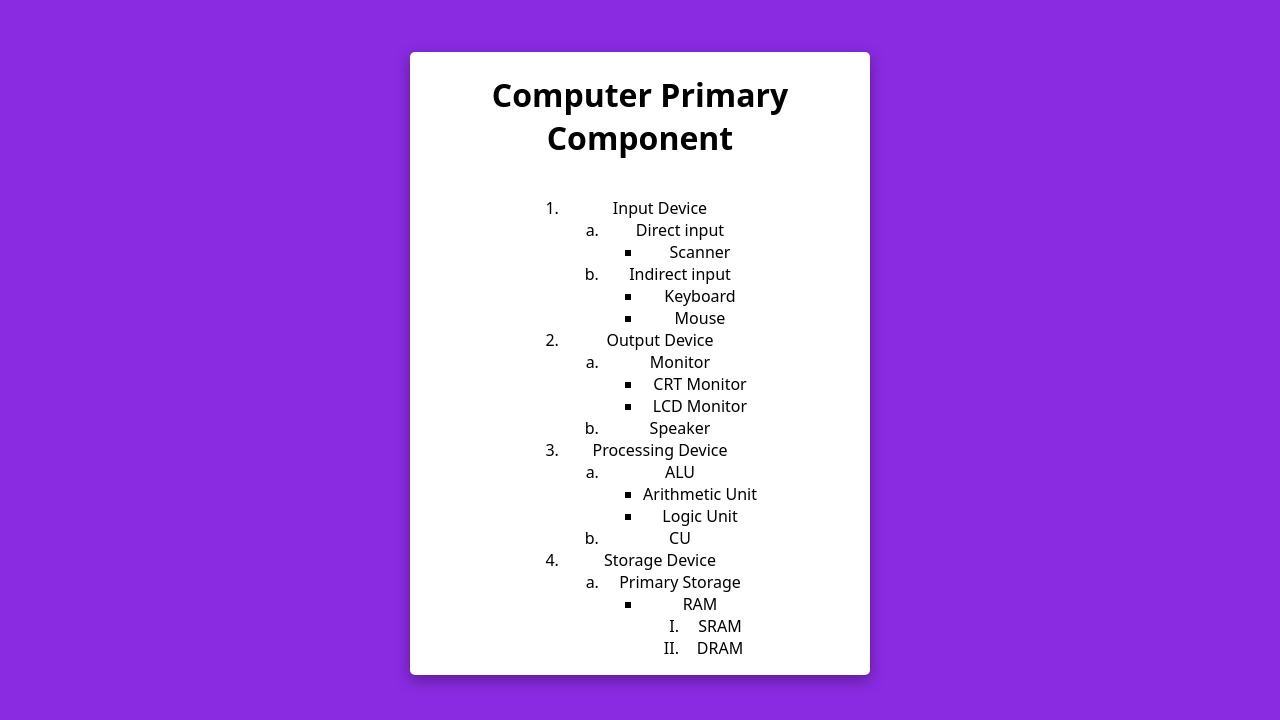
Repository: SharonSebastian32/Nested_List_in_html
Page: index.html
An editor plug-in stored every save of this project. The page is shown before and after a run of saves, followed by the edit.
The browser window is 1280 px wide. The pictures show the whole page.

Above is the page before, as saved 2024-09-01 08:10:21.

After the next 3 saves:
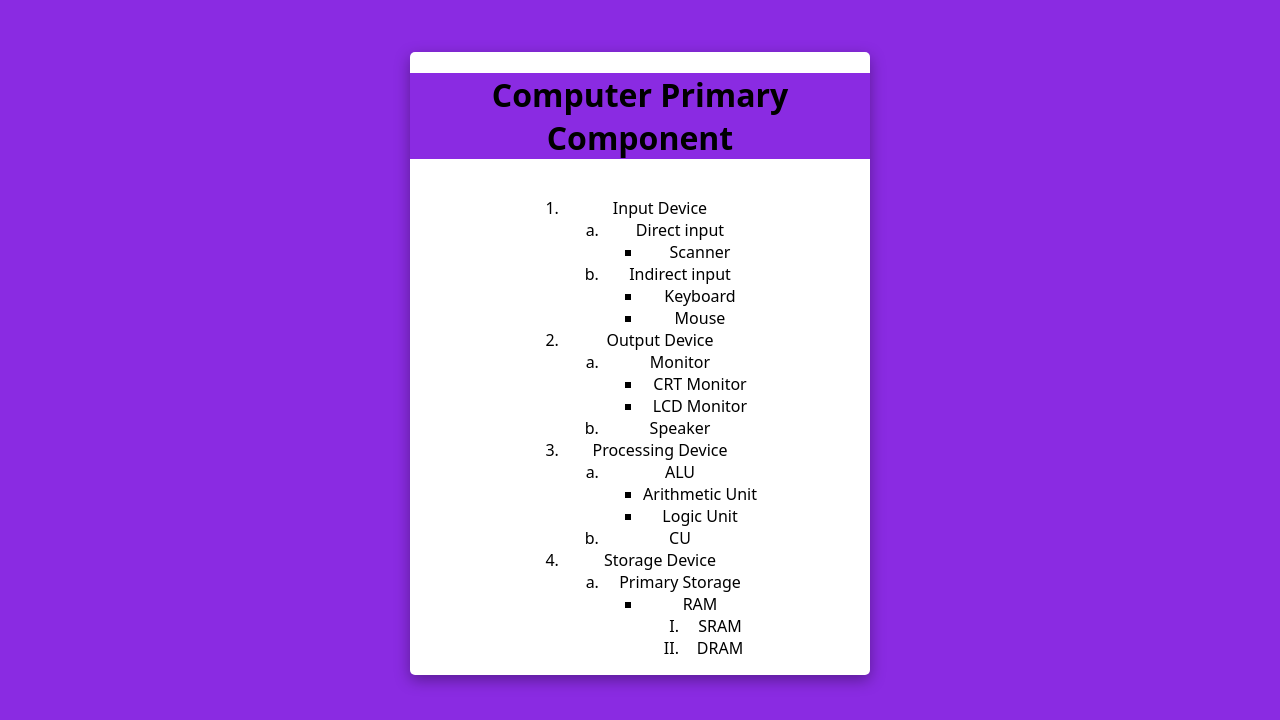
The 3 saves are shown as one change because they came seconds apart.
The last was saved 94 s later.
--- a/index.html
+++ b/index.html
@@ -25,7 +25,7 @@
           box-shadow: rgba(0, 0, 0, 0.35) 0px 5px 15px;
         "
       >
-        <h1>Computer Primary Component</h1>
+        <h1 style="background-color: blueviolet;">Computer Primary Component</h1>
         <ol>
           <li>Input Device</li>
           <ol type="a">
